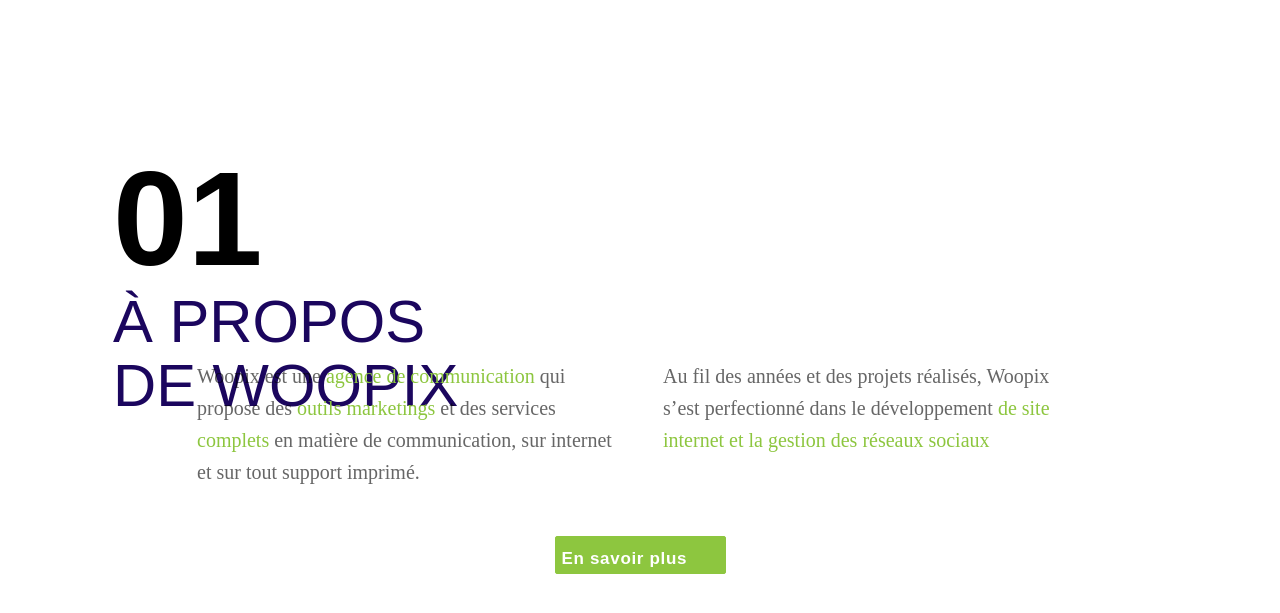
Repository: keloriane/woopix
Page: /about
The author's editor kept a copy of each file at every save. The page is drawn from the files as they stood at one save, then again after the next save.
The browser window is 1280 px wide. The pictures show the whole page.
The project was rebuilt for these pictures with package versions that can differ from the ones it lists, and the page was loaded fresh each time. Also part of the build but not shown: src/pages/Services/components/ServiceItem.js, src/pages/Services/index.js, src/pages/Home.js, src/pages/Portfolio/index.js.

Above is the page before, as saved 2020-09-24 14:50:53.

### src/index.css
body {
  margin: 0;
  font-family: -apple-system, BlinkMacSystemFont, 'Segoe UI', 'Roboto', 'Oxygen',
    'Ubuntu', 'Cantarell', 'Fira Sans', 'Droid Sans', 'Helvetica Neue',
    sans-serif;
  -webkit-font-smoothing: antialiased;
  -moz-osx-font-smoothing: grayscale;
}

code {
  font-family: source-code-pro, Menlo, Monaco, Consolas, 'Courier New',
    monospace;
}

@font-face {
  font-family: 'Futura PT';
  font-style: normal;
  font-weight: 100;
  src: local('Futura PT Light'),
  local('Futura-PT-Light'),
  url(/public/fonts/FuturaPTLight.otf) format('otf');
}

@font-face {
  font-family: 'Futura PT';
  font-style: normal;
  font-weight: 400;
  src: local('Futura PT Book'),
  local('Futura-PT-Book'),
  url(/assets/fonts/FuturaPTBook.otf) format('otf');
}

@font-face {
  font-family: 'Futura PT';
  font-style: normal;
  font-weight: 500;
  src: local('Futura PT Medium'),
  local('Futura-PT-Medium'),
  url(/assets/fonts/FuturaPTMedium.otf) format('otf');
}

@font-face {
  font-family: 'Futura PT';
  font-style: normal;
  font-weight: 600;
  src: local('Futura PT Demi'),
  local('Futura-PT-Demi'),
  url(/assets/fonts/FuturaPTDemiOblique.otf) format('otf');
}

@font-face {
  font-family: 'Futura PT';
  font-style: normal;
  font-weight: 700;
  src: local('Futura PT Bold'),
  local('Futura-PT-Bold'),
  url(/assets/fonts/FuturaPTBold.otf) format('otf');
}


@font-face {
  font-family: 'Futura PT';
  font-style: normal;
  font-weight: 900;
  src: local('Futura PT Heavy'),
  local('Futura-PT-Heavy'),
  url(/assets/fonts/FuturaPTHeavy.otf) format('otf');
}

### src/App.js
import React from 'react';
import './App.css';
import { BrowserRouter as HashRouter, Switch, Route } from "react-router-dom";
import {createGlobalStyle,ThemeProvider} from "styled-components";
import Services from './pages/Services'
import { Home } from './pages/Home';
import { About } from './pages/About';
import { Service } from "./pages/Portfolio/";



const theme = {
  green: '#8DC63F',
  blue: '#1B065E'
};


function App() {
  return (
    <HashRouter>
      <Switch>
        <div className="App">
          <ThemeProvider theme={theme}>
          <Route exact path="/" component={Home} />
          <Route exact path="/about" component={About} />
          <Route exact path="/service" component={Service} />
          <Route exact path="/services" component={Services} />
          </ThemeProvider>
        </div>
      </Switch>
    </HashRouter>
  );
}

export default App;

### src/pages/About/index.js
import React from "react";
import styled from "styled-components";
import { Link } from "react-router-dom";
import Container from "./../../global/Container";
import Title from "../../components/Title/Title";

export const About = () => {
  const AboutWrapper = styled.div`
    #about {
      height: 100vh;
      width: 100vw;
      display: flex;
      align-items: center;
      font-family: "Futura PT", sans-serif;
    }
    .about-wrapper {
      display: flex;
    }

    @media screen and (max-width: 596px) {
      #about {
        .about-wrapper {
          display: flex;
          align-items: flex-start;
          flex-direction: column;
          justify-content: space-around;
          height: 445px;
          margin: auto;
          .text-container {
            max-width: 397px;
            width: 100%;
            margin: 0 auto;
            .inner-text {
              display: flex;
              justify-content: center;
              flex-direction: column;
              width: 100%;
              p {
                font-style: normal;
                font-weight: normal;
                font-size: 19px;
                line-height: 160.2%;
                /* or 30px */
                text-align: left;

                color: rgba(0, 0, 0, 0.6);
              }
            }
          }
          .call-to-action {
            button {
              width: 172px;
              height: 38px;
              background: #8dc63f;
              border: 1px solid #8dc63f;
              box-sizing: border-box;
              border-radius: 2px;
              a {
                text-decoration: none;
                font-style: normal;
                font-weight: 600;
                font-size: 17px;
                line-height: 22px;
                /* identical to box height, or 129% */
                display: flex;
                align-items: center;
                letter-spacing: 0.04em;
                color: #ffffff;
                /* Inside Auto Layout */
                flex: none;
                order: 0;
                align-self: center;
                margin: 10px 0px;
              }
            }
          }
        }
      }
    }
    @media screen and (min-width: 596px) {
      #about {
        .about-wrapper {
          width: 100%;
          max-width: 643px;
          height: 804px;
          margin: auto;
          flex-direction: column;
          justify-content: space-around;

          .main-title {
            width: 530px;
            height: 160px;
            .number-title {
              h2 {
                font-weight: 800;
                font-size: 144px;
              }
            }
            .title {
              left: 147px;
              h2 {
                font-size: 64px;
                line-height: 107.33%;

                text-transform: uppercase;

                color: #1b065e;
              }
            }
          }
        }
        .text-container {
          width: 100%;
          max-width: 625.92px;
          height: 429px;
          margin: 0 auto;
          .inner-text {
            p {
              font-family: Futura PT;
              font-style: normal;
              font-weight: normal;
              font-size: 34.076px;
              line-height: 160.2%;
              span {
                color: ${(props) => props.theme.green};
              }
            }
          }
        }
        .call-to-action {
          button {
            width: 308.2px;
            height: 68.7px;
            a {
              font-weight: 600;
              font-size: 30.489px;
              line-height: 39px;
              letter-spacing: 0.04em;
              color: white;
            }
          }
        }
      }
    }
    @media screen and (min-width: 992px) {
      #about {
        .about-wrapper {
          width: 100%;
          max-width: 1054px;
          height: 475px;
          .main-title {
            max-width: 545px;
            width: 100%;
            height: 165px;
            .number-title {
              h2 {
                font-size: 134.475px;
                line-height: 107.33%;
              }
            }
            .title {
              h2 {
                font-size: 59.7665px;
                line-height: 107.33%;
              }
            }
          }
          .text-container {
            display: flex;
            flex-direction: row;
            justify-content: space-between;
            width: 100%;
            max-width: 886px;
            height: 128px;
            .inner-text {
              width: 100%;
              max-width: 420px;
              p {
                font-style: normal;
                font-weight: normal;
                font-size: 20px;
                line-height: 160.2%;
                /* or 32px */

                color: rgba(0, 0, 0, 0.6);
              }
            }
          }
          .call-to-action {
              display: flex;
              justify-content: center;

            button {
              width: 171px;
              height: 38px;

              a {
                font-weight: 600;
                font-size: 17px;
                line-height: 22px;
              }
            }
          }
        }
      }
    }
  `;
  return (
    <Container>
      <AboutWrapper>
        <div id="about">
          <div className="about-wrapper">
          <Title num="01" firstP="à propos" secondP="de woopix"  />
            <div className="text-container">
              <div className="inner-text">
                <p>
                  Woopix est une <span>agence de communication</span> qui
                  propose des <span>outils marketings</span> et des services{" "}
                  <span>complets</span> en matière de communication, sur
                  internet et sur tout support imprimé.
                </p>
              </div>
              <div className="inner-text">
                <p>
                  Au fil des années et des projets réalisés, Woopix s’est
                  perfectionné dans le développement{" "}
                  <span>
                    de site internet et la gestion des réseaux sociaux
                  </span>
                </p>
              </div>
            </div>
            <div className="call-to-action">
              <button>
                <Link to="/services">En savoir plus</Link>
              </button>
            </div>
          </div>
        </div>
      </AboutWrapper>
    </Container>
  );
};

export default About;

### src/global/Container.js
import React, { useEffect } from "react";
import styled, { withTheme } from "styled-components";

const GlobalContainer = (props) => {
  return <Container>{props.children}</Container>;
};

export default withTheme(GlobalContainer);

const Container = styled.div`

  .call-to-action {
    button {

      background: #8dc63f;
      border: 1px solid #8dc63f;
      box-sizing: border-box;
      border-radius: 2px;
      a {
        text-decoration: none;
        font-style: normal;

        /* identical to box height, or 129% */
        display: flex;
        align-items: center;
        letter-spacing: 0.04em;

        /* Inside Auto Layout */
        flex: none;
        order: 0;
        align-self: center;
        margin: 10px 0px;
      }
    }
  }

  @media (max-width: 576px) {

  }

  /* Medium devices (tablets, 768px and up) The navbar toggle appears at this breakpoint */
  @media (min-width: 768px) {

  }

  /* Large devices (desktops, 992px and up) */
  @media (min-width: 992px) {

  }

  /* Extra large devices (large desktops, 1200px and up) */
  @media (min-width: 1200px) {

  }
`;

### src/components/Title/Title.js
import React from 'react'
import styled from "styled-components"

const Title = (props) => {
    const TitleMain = styled.div`
    .main-title {
      display: flex;
      font-style: normal;
      align-items: center;
      position: relative;
      width: 100%;
      .title {
        position: absolute;

        h2 {
          font-weight: bold;

          text-transform: uppercase;
          color: #1b065e;
          display: flex;
          align-items: center;
        }
      }
      .number-title {
        position: absolute;

        h2 {
          font-style: normal;

          text-transform: uppercase;
          color: #ececec;
        }
      }
    }
    @media screen and (max-width: 596px){
        .main-title {
            display: flex;
            font-style: normal;
            align-items: center;
            position: relative;
            width: 100%;
            max-width: 311px;
            height: 72px;
            .title {
              position: absolute;
              left: 81px;
              h2 {
                font-weight: bold;
                font-size: 34px;
                line-height: 107.33%;
                text-transform: uppercase;
                color: #1b065e;
                display: flex;
                align-items: center;
              }
            }
            .number-title {
              position: absolute;

              h2 {
                font-style: normal;
                font-weight: 800;
                font-size: 92.2247px;
                line-height: 107.33%;
                text-transform: uppercase;
                color: #ececec;
              }
            }
          }

    }
    @media screen and (min-width: 596px){
        .main-title {
            display: flex;
            width: 530px;
            height: 160px;
            .number-title {
              h2 {
                font-weight: 800;
                font-size: 144px;
              }
            }
            .title {
              left: 147px;
              h2 {
                font-size: 64px;
                line-height: 107.33%;

                text-transform: uppercase;

                color: #1b065e;
              }
            }
          }
    }
    @media screen and (min-width: 992px){
        .main-title {
            display: flex;
            max-width: 545px;
            width: 100%;
            height: 165px;
            .number-title {
              h2 {
                font-size: 134.475px;
                line-height: 107.33%;
              }
            }
            .title {
              h2 {
                font-size: 59.7665px;
                line-height: 107.33%;
              }
            }
          }
    }
    `
    return (
        <div className="main-title">
        <div className="number-title">
            <h2>{props.num}</h2>
        </div>
        <div className="title">
          <h2>
            {props.firstP} <br></br>{props.secondP}
          </h2>
        </div>
      </div>
    )
}

export default Title

Loaded but not shown: public/index.html (common file); src/index.js (common file); src/serviceWorker.js (common file); src/App.css (common file)

After the next save:
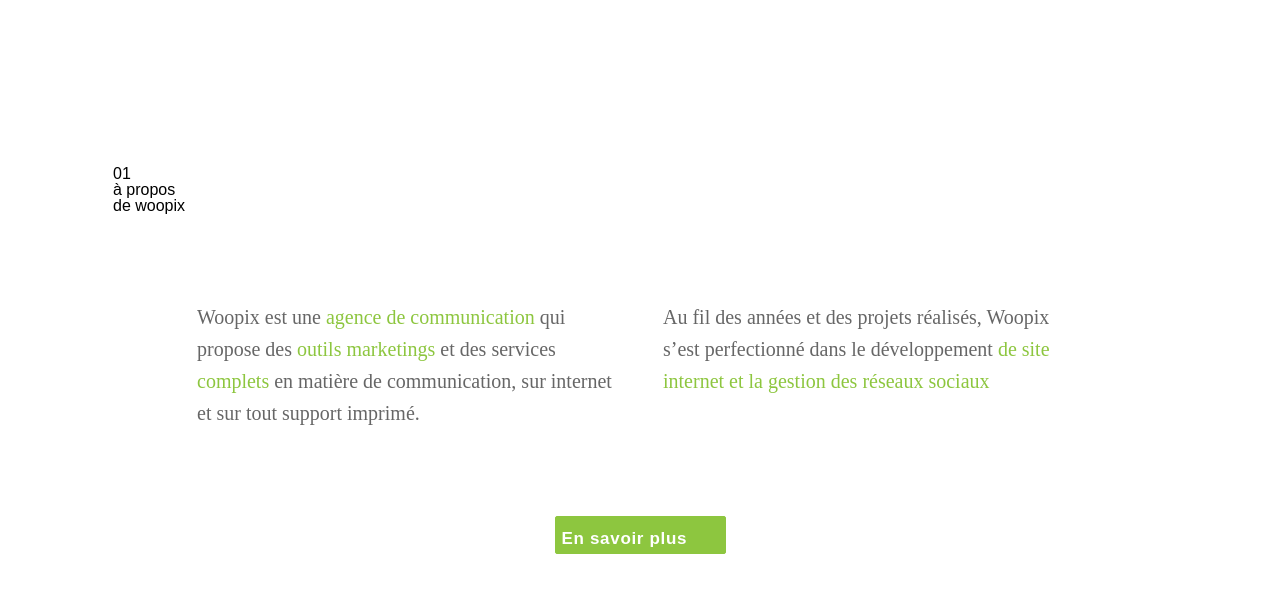
Saved 20 s later.
--- a/src/pages/About/index.js
+++ b/src/pages/About/index.js
@@ -87,27 +87,7 @@
           flex-direction: column;
           justify-content: space-around;
 
-          .main-title {
-            width: 530px;
-            height: 160px;
-            .number-title {
-              h2 {
-                font-weight: 800;
-                font-size: 144px;
-              }
-            }
-            .title {
-              left: 147px;
-              h2 {
-                font-size: 64px;
-                line-height: 107.33%;
-
-                text-transform: uppercase;
-
-                color: #1b065e;
-              }
-            }
-          }
+
         }
         .text-container {
           width: 100%;
@@ -148,23 +128,6 @@
           width: 100%;
           max-width: 1054px;
           height: 475px;
-          .main-title {
-            max-width: 545px;
-            width: 100%;
-            height: 165px;
-            .number-title {
-              h2 {
-                font-size: 134.475px;
-                line-height: 107.33%;
-              }
-            }
-            .title {
-              h2 {
-                font-size: 59.7665px;
-                line-height: 107.33%;
-              }
-            }
-          }
           .text-container {
             display: flex;
             flex-direction: row;
